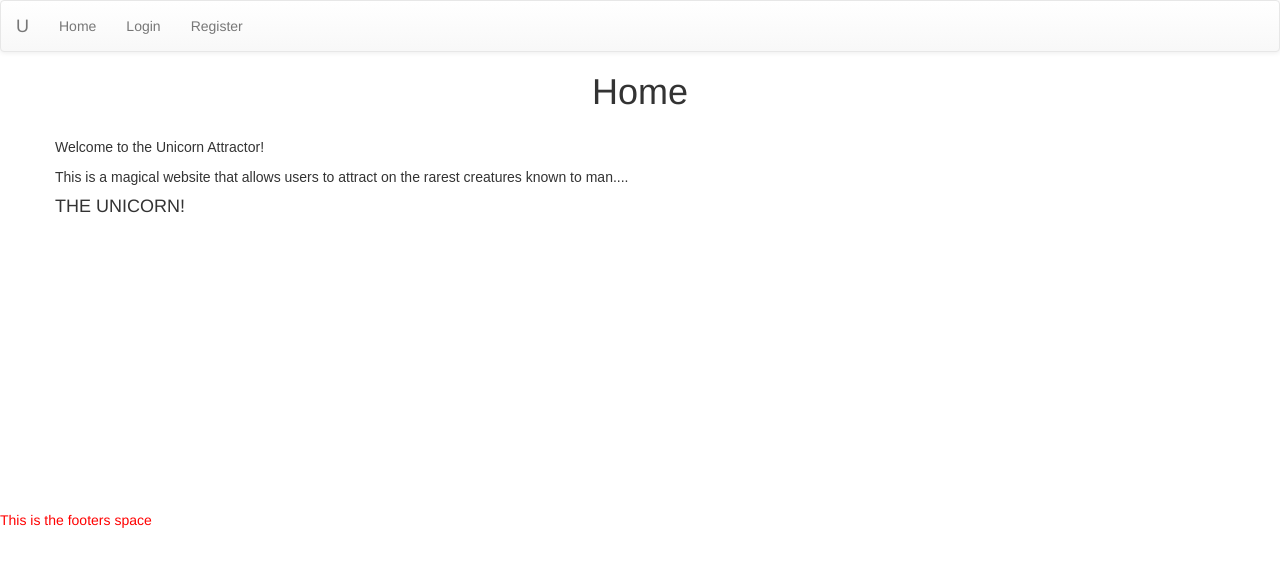
Repository: h8130084/UnicornAttractor
Page: accounts/templates/index.html
The author's editor kept a record of every edit. The page is drawn from the files as they stood at one moment, then again after the next edit.
The browser window is 1280 px wide. The pictures show the whole page.
Some web fonts or font styles are not loaded; a fallback is used. Some web libraries are served in a nearby version. The template is drawn by Django 2.2. The application's start-up code is not run. Other server files are loaded and not shown. The template is opened directly, without the code that normally fills it, so the values that code supplies are empty.

Above is the page before.

### accounts/templates/index.html
{% extends 'base.html' %}
{% block page_title %}Home Page{% endblock %}
{% block page_heading %}Home{% endblock %}
{% block content %}


    <div class="row">
        <p>Welcome to the Unicorn Attractor!</p>
    </div>
    <div class="row">
        <p> This is a magical website that allows users to attract on  the rarest creatures known to man....<br>
        <h4> THE UNICORN!</h4></p>
    </div>



{% endblock %}

### templates/base.html
<!DOCTYPE html> {% load staticfiles %}
<html lang="en">

<head>
    <meta charset="UTF-8">
    <meta name="viewport" content="width=device-width, initial-scale=1.0">
    <meta http-equiv="X-UA-Compatible" content="ie=edge">
    <link rel="stylesheet" href="{% static 'css/styles.css' %}" type="text/css" />

    <!-- Latest compiled and minified CSS -->
    <link rel="stylesheet" href="https://maxcdn.bootstrapcdn.com/bootstrap/3.3.7/css/bootstrap.min.css" integrity="sha384-BVYiiSIFeK1dGmJRAkycuHAHRg32OmUcww7on3RYdg4Va+PmSTsz/K68vbdEjh4u" crossorigin="anonymous">

    <!-- Optional theme -->
    <link rel="stylesheet" href="https://maxcdn.bootstrapcdn.com/bootstrap/3.3.7/css/bootstrap-theme.min.css" integrity="sha384-rHyoN1iRsVXV4nD0JutlnGaslCJuC7uwjduW9SVrLvRYooPp2bWYgmgJQIXwl/Sp" crossorigin="anonymous">

    <!-- google fonts -->
    <link href="https://fonts.googleapis.com/css?family=Sulphur+Point&display=swap" rel="stylesheet">

    <!-- JQuery -->
    <script src="https://code.jquery.com/jquery-3.2.1.min.js" integrity="sha256-hwg4gsxgFZhOsEEamdOYGBf13FyQuiTwlAQgxVSNgt4=" crossorigin="anonymous"></script>

    <!-- Latest compiled and minified JavaScript -->
    <script src="https://maxcdn.bootstrapcdn.com/bootstrap/3.3.7/js/bootstrap.min.js" integrity="sha384-Tc5IQib027qvyjSMfHjOMaLkfuWVxZxUPnCJA7l2mCWNIpG9mGCD8wGNIcPD7Txa" crossorigin="anonymous"></script>

    {% block head_js %}{% endblock %}

    <title>{% block page_title %}{% endblock %}</title>
</head>

<body>

<!--Taken from Bootstrap-->
<nav class="navbar navbar-default">
  <div class="container-fluid">
    <!-- Brand and toggle get grouped for better mobile display -->
    <div class="navbar-header">
      <button type="button" class="navbar-toggle collapsed" data-toggle="collapse" data-target="#bs-example-navbar-collapse-1" aria-expanded="false">
        <span class="sr-only">Toggle navigation</span>
        <span class="icon-bar"></span>
        <span class="icon-bar"></span>
        <span class="icon-bar"></span>
      </button>
      <a class="navbar-brand" href="{% url 'index' %}">U</a>
    </div>

    <!-- Collect the nav links, forms, and other content for toggling -->
    <div class="collapse navbar-collapse" id="bs-example-navbar-collapse-1">
      <ul class="nav navbar-nav">
            {% if user.is_authenticated %}
            <li><a href="{% url 'index' %}">Home</a></li>
            <li><a href="{% url 'profile' %}">Profile</a></li>
            <li><a href="{% url 'bug' %}">Bugs and Features</a></li>
            <li><a href="{% url 'logout' %}">Logout</a></li>
            <li><a href="{% url 'view_cart' %}">Basket</a></li>

            {% else %}
            <li><a href="{% url 'index' %}">Home</a></li>
            <li><a href="{% url 'login' %}">Login</a></li>
            <li><a href="{% url 'registration' %}">Register</a></li>

            {% endif %}
        </ul>
    </div><!-- /.navbar-collapse -->
  </div><!-- /.container-fluid -->
</nav>



    {% if messages %}
    <div class="row">
        <div class="alert alert-warning">
            {% for message in messages %} {{ message }} {% endfor %}
        </div>
    </div>
    {% endif %}

    <h1 class="page_title">
        {% block page_heading %}{% endblock %}
    </h1>
    <div class="container">
        {% block content %}{% endblock %}
    </div>
</body>

<footer>
    This is the footers space
</footer>

</html>

### static/css/styles.css
@import url('https://fonts.googleapis.com/css?family=Sulphur+Point&display=swap');

.navbar.navbar-default{
    margin-bottom: 0;
}

.page_title {
    text-align: center;
    margin-bottom: 25px;
}

h1, p {
    font-family: 'Sulphur Point', sans-serif;
}
.containter {
    font-family: 'Sulphur Point', sans-serif;
    position: relative;
}

.home-text{
    font-size: 20px;
}

html, body{ height:100%; margin:0; }

footer{
    height:210px;
    margin-top: 10px;
}

body{
  display:flex;
  flex-direction:column;
}

footer{
  margin-top:auto;
  color: red;
}

/*registration page*/

.already_account{
    margin-top: 25px;
    width: 50%;
    margin-left: 25%;
}

.registration {
    margin-top: 25px;
}

.form-box{
    border: 1px solid black;
    border-radius: 5px;
    padding: 10px;
    width: 60%;
    margin-left: 20%;
}

.text-input{
    border-radius: 5px;
    width: 100%;
    margin-bottom: 10px;
}

.text-box{
    border-radius: 5px;
    width: 100%;
    margin-bottom: 10px;
}

.select-input{
    margin-bottom: 10px;
}

.auth-forms{
    width: 50%;
    margin-left: 25%;
}

.comments-section{
    width: 60%;
    margin-left: 20%;
    border: 1px solid black;
    border-radius: 5px;
    margin-bottom: 10px;
    padding: 5px;
}

.comment-name{
    font-weight: bold;
    font-size: 20px;
}

.comment-time{
    font-style: italic;
    font-size: 14px;
}

.comment{
    font-size: 18px;
}

.comments-header{
    text-align: center;
    font-family: 'Sulphur Point', sans-serif;
}

.description-section{
    margin-left: 20%;
    width: 60%;
    border: 1px solid black;
    border-radius: 5px;
    padding: 5px;
    margin-bottom: 10px;
}

.description{
    font-size: 20px;
}

.center{
    text-align: center;
    margin-bottom: 10px;
}

.adjust-input{
    width: 60%;
    border-radius: 5px;
}

.total{
    font-size: 20px;
    font-weight: bold;
}

After the next edit:
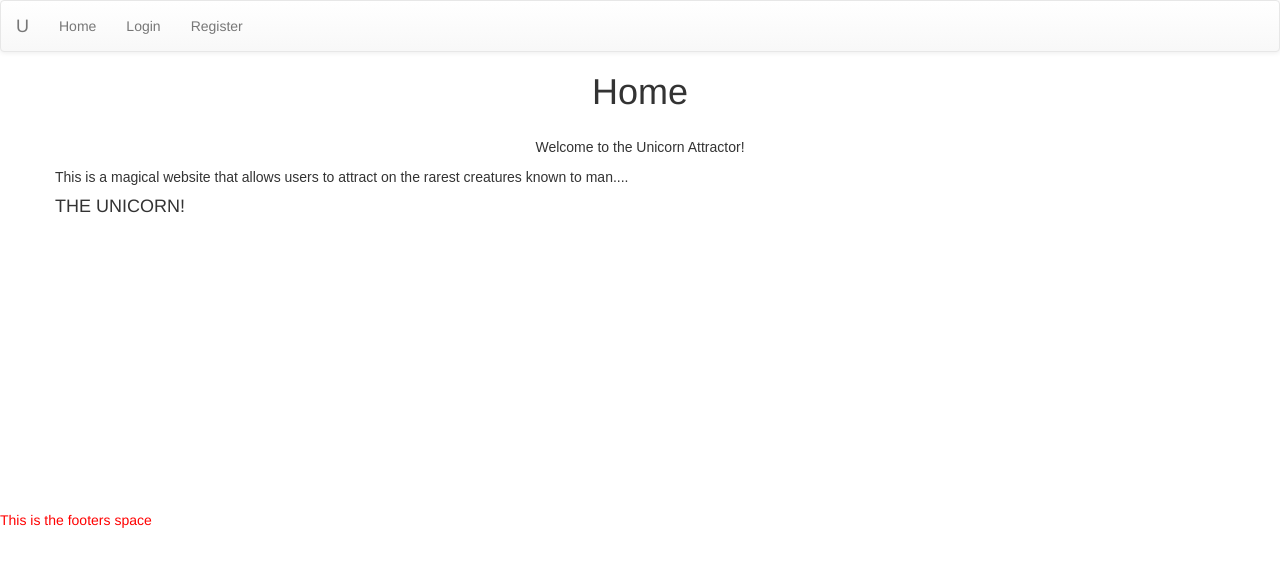
The edit:
--- a/accounts/templates/index.html
+++ b/accounts/templates/index.html
@@ -4,7 +4,7 @@
 {% block content %}
 
 
-    <div class="row">
+    <div class="center">
         <p>Welcome to the Unicorn Attractor!</p>
     </div>
     <div class="row">
